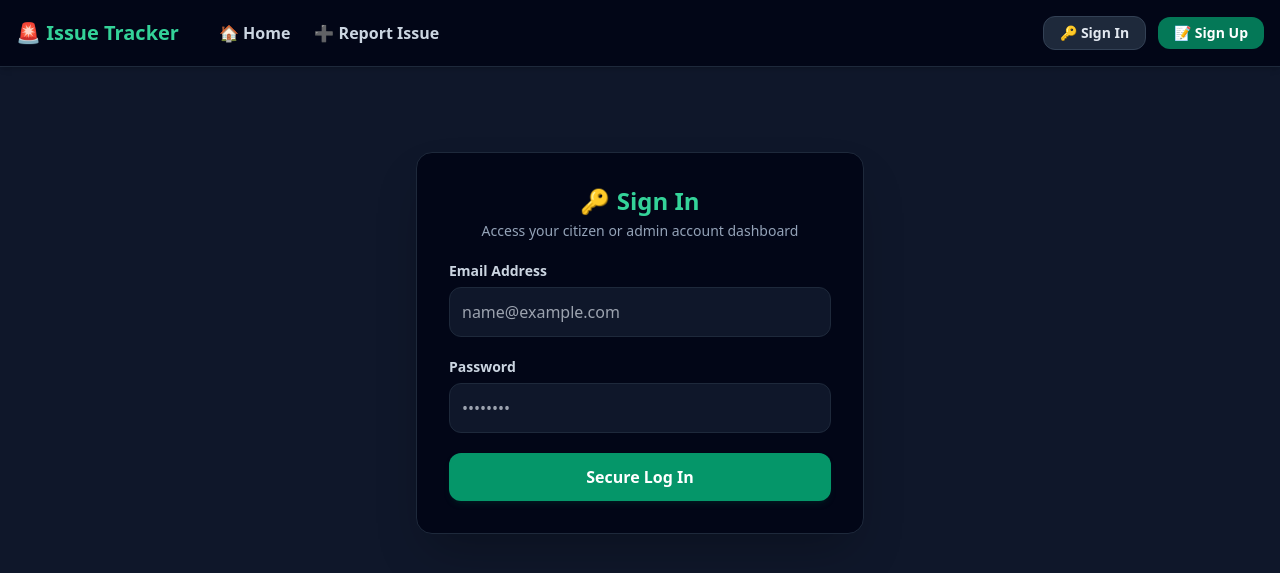
Repository: pugazhendhiprem3-cp/local-issue-management-system-.-.-.
Page: /login (app in my-react-app/)
An editor plug-in stored every save of this project. The page is shown before and after the next save, followed by the edit.
The browser window is 1280 px wide. The pictures show the whole page.
The project was rebuilt for these pictures with package versions that can differ from the ones it lists, and the page was loaded fresh each time. Also part of the build but not shown: my-react-app/vite.config.js, my-react-app/src/services/api.js, my-react-app/src/pages/CreateIssue.jsx, my-react-app/src/pages/IssuesFeed.jsx, my-react-app/src/pages/Signup.jsx, my-react-app/src/pages/AuthDashBoard.jsx.

Above is the page before, as saved 2026-05-23 15:30:53.

After the next save:
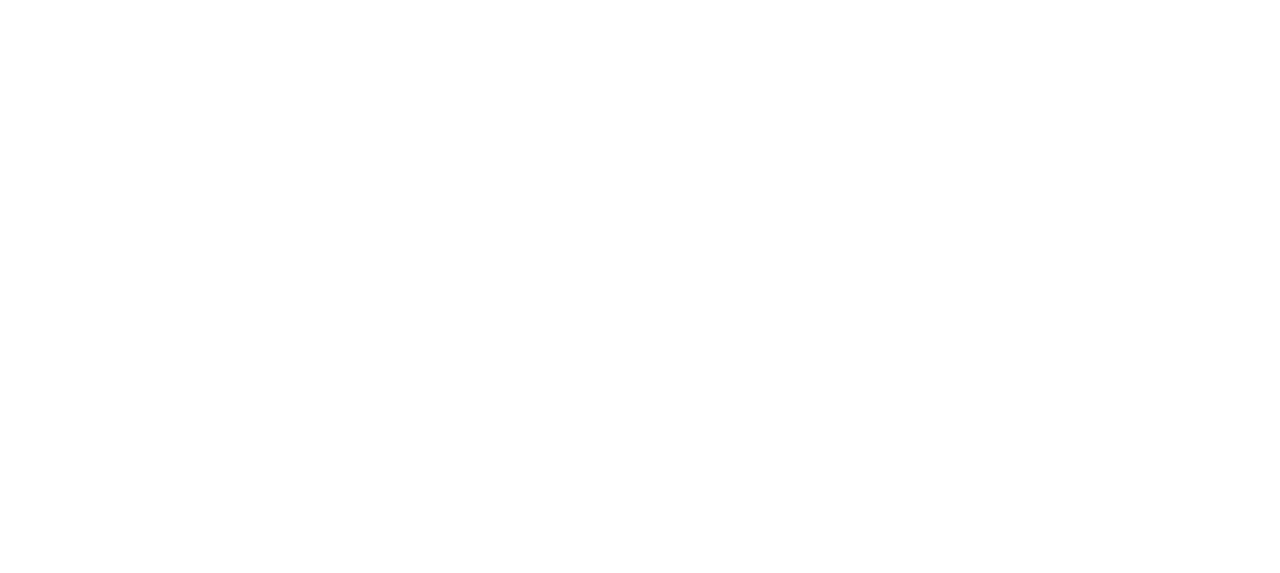
Console error: ReferenceError: error is not defined
Saved 2 min 16 s later.
--- a/my-react-app/src/pages/login.jsx
+++ b/my-react-app/src/pages/login.jsx
@@ -8,7 +8,6 @@
         email: '',
         password: ''
     });
-    const [error, setError] = useState('');
     const [loading, setLoading] = useState(false);
 
     const navigate = useNavigate();

After the save that followed:
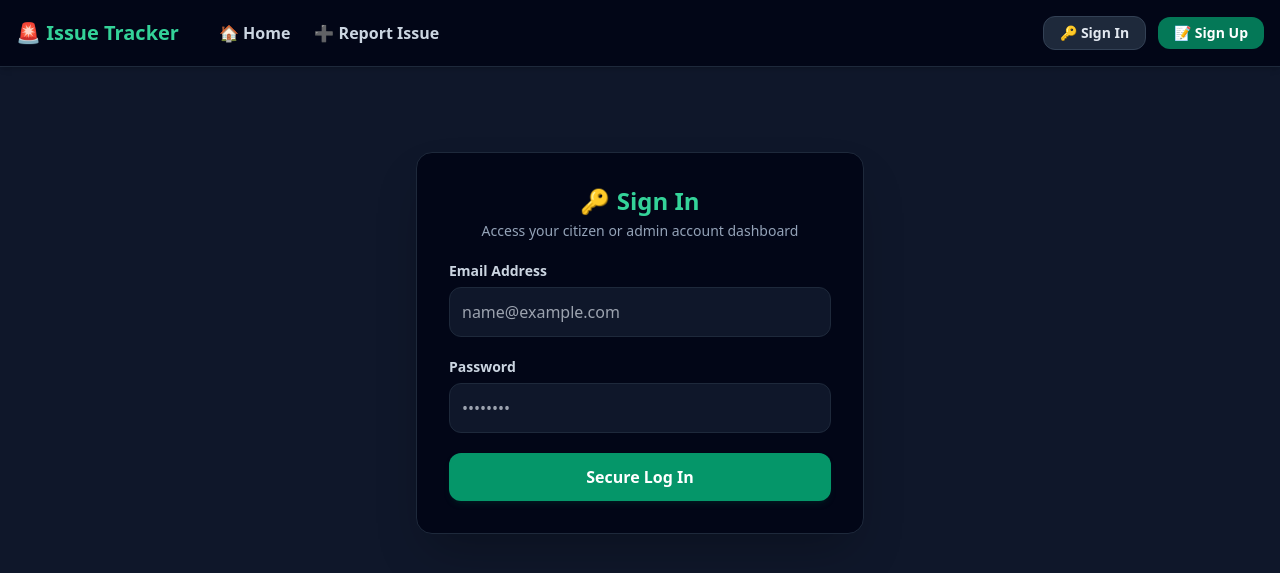
The error is gone.
Saved 42 s later.
--- a/my-react-app/src/pages/login.jsx
+++ b/my-react-app/src/pages/login.jsx
@@ -64,12 +64,6 @@
                     <p className="text-slate-400 text-sm mt-1">Access your citizen or admin account dashboard</p>
                 </div>
 
-                {error && (
-                    <div className="bg-red-950/50 border border-red-800 text-red-400 text-sm p-3 rounded-xl text-center">
-                        ⚠️ {error}
-                    </div>
-                )}
-
                 <div>
                     <label className="block text-sm font-semibold text-slate-300 mb-1.5">Email Address</label>
                     <input
